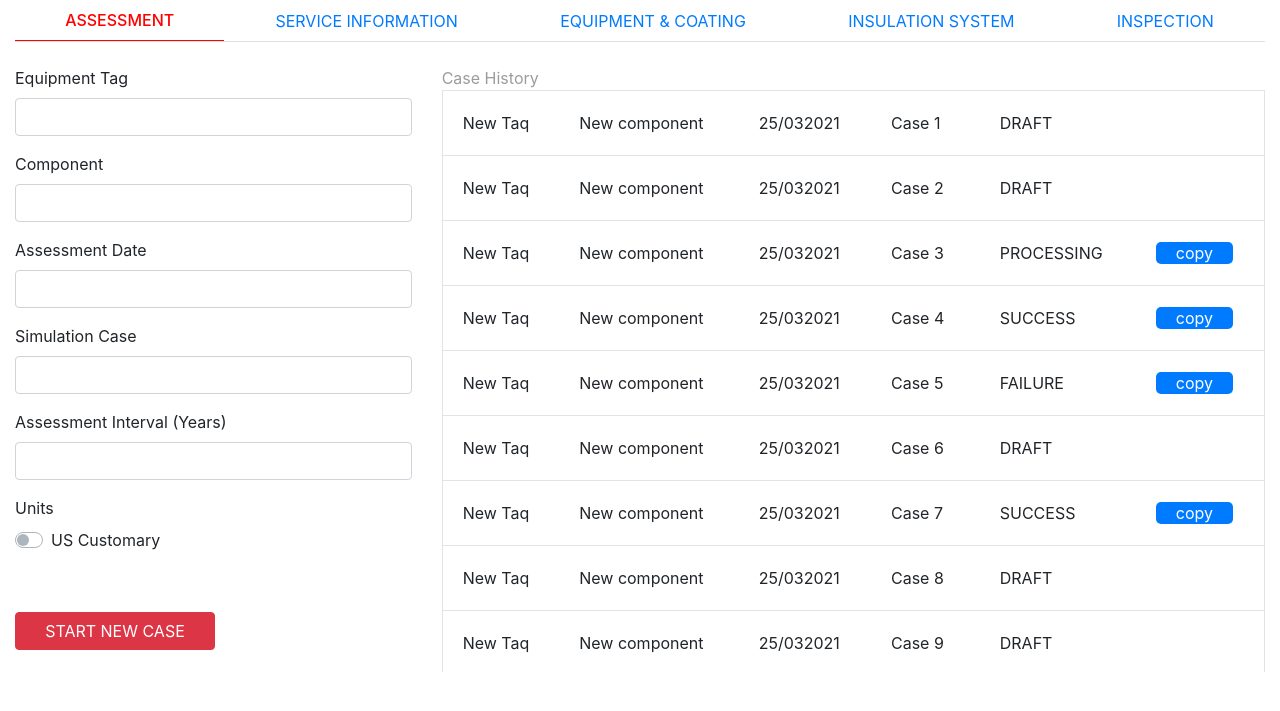
Repository: arif286/dashboard
Page: /
These files come from the project's save history. The page is drawn as it stood at one moment and after the next save; the edit follows.
The browser window is 1280 px wide. The pictures show the whole page.
An inner scrolling area shows only its first screen. The project was rebuilt for these pictures with package versions that can differ from the ones it lists, and the page was loaded fresh each time. The framework's server and built-in components were replaced by stand-ins that run in the browser. Also part of the build but not shown: nuxt.config.js, components/Nav.vue.

Above is the page before, as saved 2021-06-18 20:30:06.

### components/Form.vue
<template>
  <div>
    <form class="Assessment-input" action="">
      <div class="mb-3">
        <label for="Input1" class="form-label">Equipment Tag</label>
        <input id="Input1" type="text" class="form-control">
      </div>
      <div class="mb-3">
        <label for="Input2" class="form-label">Component</label>
        <input id="Input2" type="text" class="form-control">
      </div>
      <div class="mb-3">
        <label for="Input3" class="form-label">Assessment Date</label>
        <input id="Input3" type="text" class="form-control">
      </div>
      <div class="mb-3">
        <label for="Input4" class="form-label">Simulation Case</label>
        <input id="Input4" type="text" class="form-control">
      </div>
      <div class="mb-3">
        <label for="Input5" class="form-label">Assessment Interval (Years)</label>
        <input id="Input5" type="text" class="form-control">
      </div>
      <div>
        <label for="Input5" class="form-label">Units</label>
        <b-form-checkbox v-model="checked" name="check-button" switch>
          US Customary
        </b-form-checkbox>
      </div>
      <b-button class="submit-button" type="submit" variant="danger">
        START NEW CASE
      </b-button>
    </form>
  </div>
</template>
<script>
export default {
  data () {
    return {
      form: {
        email: '',
        name: '',
        food: null,
        checked: []
      },
      foods: [
        { text: 'Select One', value: null },
        'Carrots',
        'Beans',
        'Tomatoes',
        'Corn'
      ],
      show: true,
      checked: false
    }
  },
  methods: {
    onSubmit (event) {
      event.preventDefault()
      alert(JSON.stringify(this.form))
    }
  }
}
</script>
<style>
.submit-button {
  width: 200px;
  margin-top: 60px;
}
.Assessment-input input:focus {
  border-color: red;
  box-shadow: none;
}
</style>

### components/Table.vue
<template>
  <div class="table-contain">
    <p class="title">
      Case History
    </p>
    <table class="w-100 table-border">
      <tbody>
        <tr v-for="item in data" :key="item.id">
          <td>{{ item.equipmentTag }}</td>
          <td>{{ item.component }}</td>
          <td>{{ item.assessmentDate }}</td>
          <td>Case {{ item.case }}</td>
          <td>
            <span>
              {{ item.status }}
            </span>
          </td>
          <td>
            <span :class="item.copy ? 'copy-btn' : ''">{{ item.copy ? 'copy' : '' }}</span>
          </td>
        </tr>
      </tbody>
    </table>
  </div>
</template>

<script>
export default {
  props: {
    data: {
      type: Array,
      required: true
    }
  }
}
</script>
<style scoped>

.table-border tr{
 border: 1px solid #e6e2e2;
}
.table-border td{
  padding: 20px;
}
.title{
  margin-bottom: 0px;
  color: #a09b9b;
}
.table-contain {
  height: 606px;
  overflow-y: scroll;
}
.copy-btn{
  background-color: #007bff;
  padding: 1px 20px;
  color: white;
  border-radius: 5px;
}
.status-draft{
  color: #007bff;
}
.status-process{
  color: orange;
}
.status-success{
  color: greenyellow;
}
.status-failure{
  color: red;
}
</style>

### pages/index.vue
<template>
  <div class="container">
    <div>
      <b-tabs active-nav-item-class="tab-title" content-class="mt-3" fill>
        <b-tab title="ASSESSMENT" active>
          <div class="row mt-4">
            <div class="col-4">
              <Form />
            </div>
            <div class="col-8">
              <Table :data="dashboardData" />
            </div>
          </div>
        </b-tab>
        <b-tab title="SERVICE INFORMATION">
          <p>I'm the second tab</p>
        </b-tab>
        <b-tab title="EQUIPMENT & COATING">
          <p>I'm the tab with the very, very long title</p>
        </b-tab>
        <b-tab title="INSULATION SYSTEM">
          <p>I'm a disabled tab!</p>
        </b-tab>
        <b-tab title="INSPECTION">
          <p>I'm a Inspection!</p>
        </b-tab>
      </b-tabs>
    </div>
  </div>
</template>

<script>
import { dashboardData } from '@/assets/dashboard.js'
// eslint-disable-next-line semi
export default {
  data () {
    return { dashboardData }
  }
}
</script>

<style>
.container {
  max-width: 1860px;
}
.tab-title{
  color: red !important;
  font-weight: 500;
  border: none !important;
  border-bottom: 1px solid red !important;

}
</style>

### assets/dashboard.js
export const dashboardData = [
  {
    id: 1,
    equipmentTag: 'New Taq',
    component: 'New component',
    assessmentDate: '25/032021',
    case: 1,
    status: 'DRAFT'
  },
  {
    id: 2,
    equipmentTag: 'New Taq',
    component: 'New component',
    assessmentDate: '25/032021',
    case: 2,
    status: 'DRAFT'
  },
  {
    id: 3,
    equipmentTag: 'New Taq',
    component: 'New component',
    assessmentDate: '25/032021',
    case: 3,
    status: 'PROCESSING',
    copy: true
  },
  {
    id: 4,
    equipmentTag: 'New Taq',
    component: 'New component',
    assessmentDate: '25/032021',
    case: 4,
    status: 'SUCCESS',
    copy: true
  },
  {
    id: 5,
    equipmentTag: 'New Taq',
    component: 'New component',
    assessmentDate: '25/032021',
    case: 5,
    status: 'FAILURE',
    copy: true
  },
  {
    id: 6,
    equipmentTag: 'New Taq',
    component: 'New component',
    assessmentDate: '25/032021',
    case: 6,
    status: 'DRAFT'
  },
  {
    id: 7,
    equipmentTag: 'New Taq',
    component: 'New component',
    assessmentDate: '25/032021',
    case: 7,
    status: 'SUCCESS',
    copy: true
  },
  {
    id: 8,
    equipmentTag: 'New Taq',
    component: 'New component',
    assessmentDate: '25/032021',
    case: 8,
    status: 'DRAFT'
  },
  {
    id: 9,
    equipmentTag: 'New Taq',
    component: 'New component',
    assessmentDate: '25/032021',
    case: 9,
    status: 'DRAFT'
  },
  {
    id: 10,
    equipmentTag: 'New Taq',
    component: 'New component',
    assessmentDate: '25/032021',
    case: 10,
    status: 'DRAFT'
  }
]

Loaded but not shown: layouts/default.vue (common file)

After the next save:
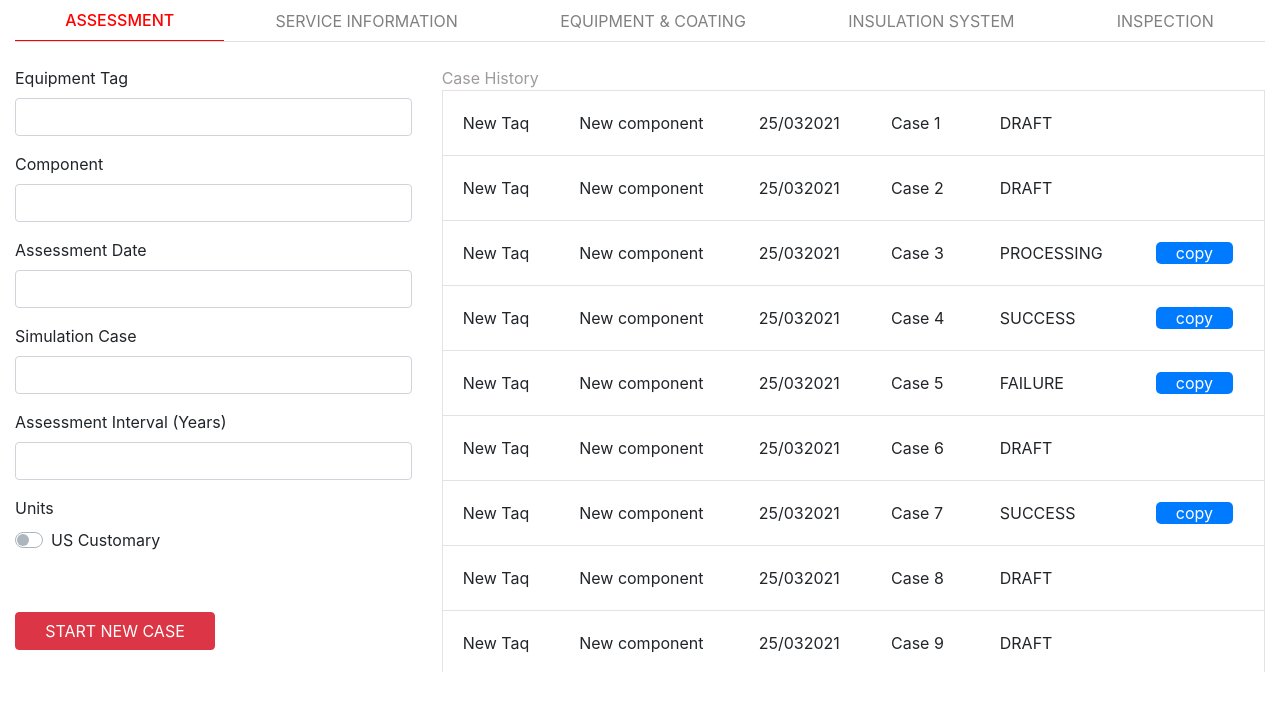
Saved 102 s later.
--- a/pages/index.vue
+++ b/pages/index.vue
@@ -50,4 +50,7 @@ export default {
   border-bottom: 1px solid red !important;
 
 }
+a{
+  color: gray;
+}
 </style>
